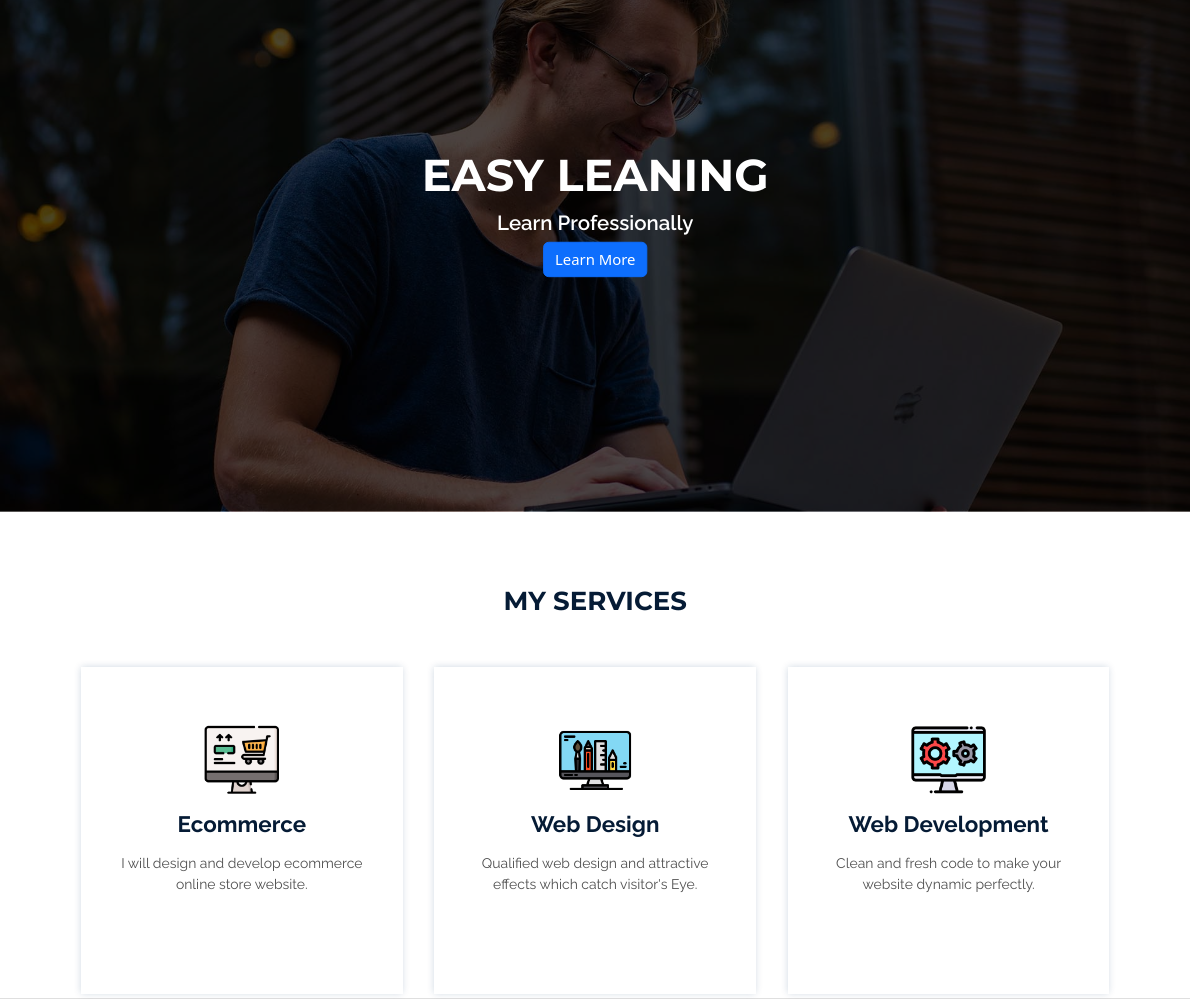
Repository: masamichan/free_video_app
Page: /
An editor plug-in stored every save of this project. The page is shown before and after the next save, followed by the edit.
The browser window is 1280 px wide. The pictures show the whole page, at 93% of full size.
Backgrounds fixed to the window are drawn as part of the page. The project was rebuilt for these pictures with package versions that can differ from the ones it lists, and the page was loaded fresh each time.

Above is the page before, as saved 2023-01-22 14:16:06.

### public/index.html
<!DOCTYPE html>
<html lang="en">
  <head>
    <meta charset="utf-8" />
    <link rel="icon" href="%PUBLIC_URL%/icon.png" />
    <meta name="viewport" content="width=device-width, initial-scale=1" />
    <meta name="theme-color" content="#000000" />
    <meta
      name="description"
      content="Web site created using create-react-app"
    />

    <link rel="manifest" href="%PUBLIC_URL%/manifest.json" />

    <link rel="preconnect" href="https://fonts.googleapis.com">
    <link rel="preconnect" href="https://fonts.gstatic.com" crossorigin>
    <link
      href="https://fonts.googleapis.com/css2?family=Montserrat:wght@400;700;800&family=Raleway:wght@300;400;600;700&display=swap"
      rel="stylesheet">

    <title>Easy Leaning</title>
  </head>
  <body>
    <noscript>You need to enable JavaScript to run this app.</noscript>
    <div style="width: 100%;" id="root"></div>

  </body>
</html>

### src/App.js
import React from "react";
import Services from "./components/Services/Services";
import { TopBanner } from "./components/TopBanner/TopBanner";

function App() {
  return (
    <div>
      <TopBanner />
      <Services />
    </div>
  );
}

export default App;

### src/components/Services/Services.jsx
import React, { Component, Fragment } from "react";
import { Col, Container, Row } from "react-bootstrap";
import designIcon from "../../asset/image/design.png";
import ecommerceIcon from "../../asset/image/ecommerce.png";
import webIcon from "../../asset/image/web.png";

export class Services extends Component {
  render() {
    return (
      <Fragment>
        <Container className="text-center">
          <h1 className="serviceMainTitle">MY SERVICES</h1>
          <div className="bottom"></div>
          <Row>
            <Col lg={4} md={6} sm={12}>
              <div className="serviceCard text-center">
                <img className="ecommerceIcon" src={ecommerceIcon} />
                <h2 className="serviceName">Ecommerce</h2>
                <p className="serviceDescription">
                  I will design and develop ecommerce online store website.
                </p>
              </div>
            </Col>
            <Col lg={4} md={6} sm={12}>
              <div className="serviceCard text-center">
                <img className="designIcon" src={designIcon} />
                <h2 className="serviceName">Web Design</h2>
                <p className="serviceDescription">
                  Qualified web design and attractive effects which catch
                  visitor's Eye.
                </p>
              </div>
            </Col>
            <Col lg={4} md={6} sm={12}>
              <div className="serviceCard text-center">
                <img className="webIcon" src={webIcon} />
                <h2 className="serviceName">Web Development</h2>
                <p className="serviceDescription">
                  Clean and fresh code to make your website dynamic perfectly.
                </p>
              </div>
            </Col>
          </Row>
        </Container>
      </Fragment>
    );
  }
}

export default Services;

### src/components/TopBanner/TopBanner.jsx
import React, { Component, Fragment } from "react";
import { Button, Col, Container, Row } from "react-bootstrap";
import "../../asset/css/custom.css";
import "../../asset/css/bootstrap.css";

export class TopBanner extends Component {
  render() {
    return (
      <Fragment>
        <Container fluid={true} className="topFixedBanner p-0">
          <div className="topBannerOverlay">
            <Container className="topContent">
              <Row>
                <Col className="text-center">
                  <h1 className="topTitle">EASY LEANING</h1>
                  <h4 className="topSubTitle">Learn Professionally</h4>
                  <Button variant="primary">Learn More</Button>
                </Col>
              </Row>
            </Container>
          </div>
        </Container>
      </Fragment>
    );
  }
}

export default TopBanner;

### src/asset/css/custom.css
.topFixedBanner {
  background-image: url("../image/banner.jpg");
  min-height: 550px;
  background-attachment: fixed;
  background-position: center;
  background-repeat: no-repeat;
  background-size: cover;
}
.topBannerOverlay {
  position: absolute;
  min-height: 550px;
  width: 100%;
  background: rgb(0, 0, 0, 0.7);
}

.topContent {
  margin-top: 10em;
}

.topTitle {
  font-family: "Montserrat", sans-serif;
  font-weight: 700;
  color: #ffffff;
  font-size: 48px;
}

.topSubTitle {
  font-family: "Raleway", san-serif;
  font-weight: 600;
  color: #ffffff;
  font-size: 22px;
}

.ecommerceIcon {
  height: 80px;
  width: 80px;
}

.designIcon {
  height: 80px;
  width: 80px;
}

.webIcon {
  height: 80px;
  width: 80px;
}

.serviceCard {
  margin: 5px 5px 5px 5px;
  height: 22rem;
  padding: 60px 30px 60px 30px;
  box-shadow: 0 0 8px 0 rgb(4, 55, 105, 0.2);
}

.serviceCard:hover {
  margin: 5px 5px 5px 5px;
  height: 22rem;
  padding: 60px 30px 60px 30px;
  box-shadow: 0 0 16px 0 rgb(4, 55, 105, 0.2);
}

.serviceName {
  color: #051b35;
  margin-top: 1rem;
  font-family: "Raleway", sans-serif;
  font-size: 24px;
  font-weight: 700;
}

.serviceDescription {
  color: #505050;
  margin-top: 1rem;
  font-family: "Raleway", sans-serif;
  font-size: 15px;
  font-weight: 400;
}

.serviceMainTitle {
  color: #051b35;
  margin-top: 5rem;
  margin-bottom: 3rem;
  font-family: "Montserrat", sans-serif;
  font-weight: 700;
  font-size: 28px;
}

Loaded but not shown: src/index.js (common file); src/asset/css/bootstrap.css (library)

After the next save:
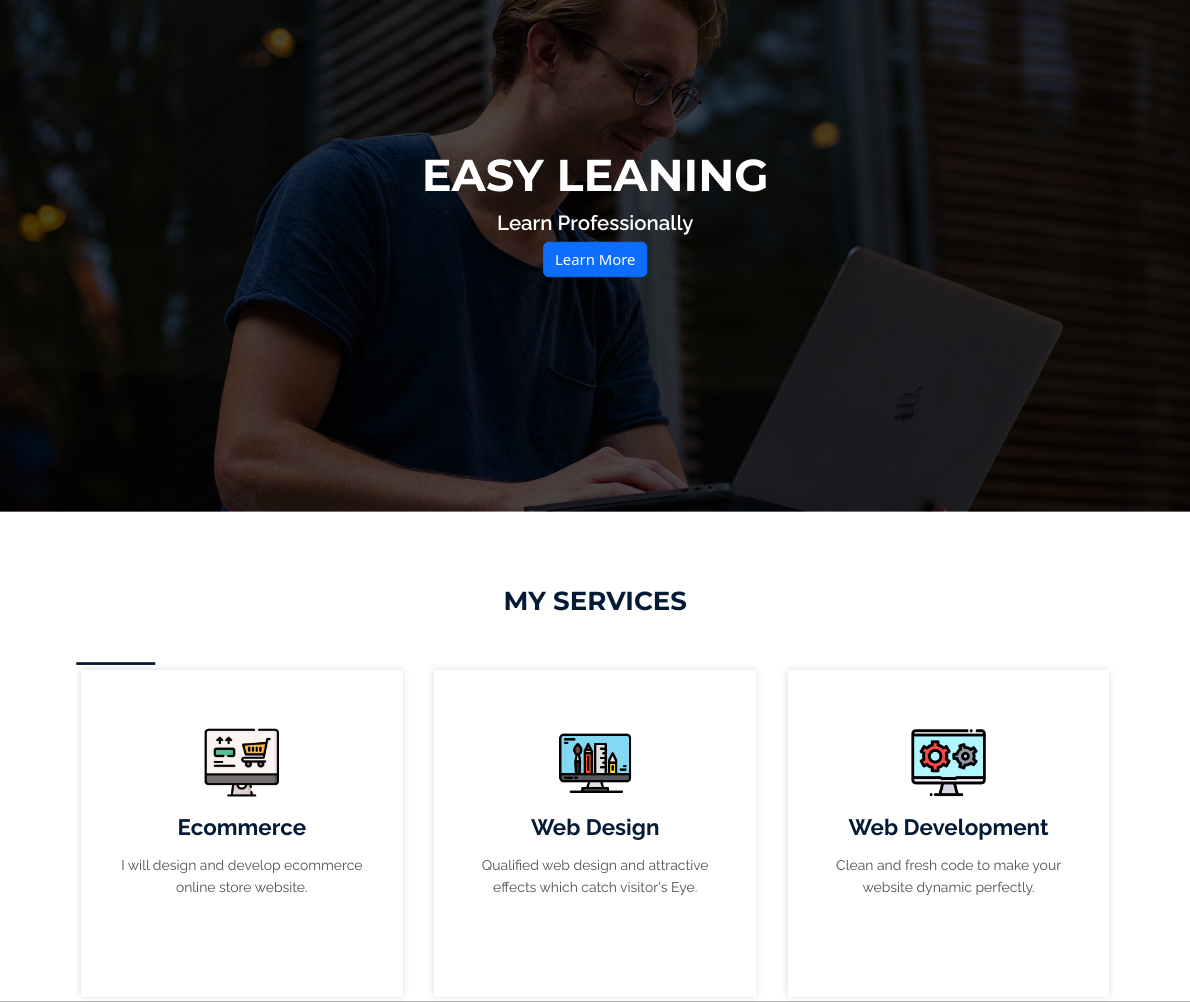
Saved 3 min 12 s later.
--- a/src/asset/css/custom.css
+++ b/src/asset/css/custom.css
@@ -84,3 +84,9 @@
   font-weight: 700;
   font-size: 28px;
 }
+
+.bottom {
+  background: #051b35 none repeat scroll 0 0;
+  height: 3px;
+  width: 85px;
+}
